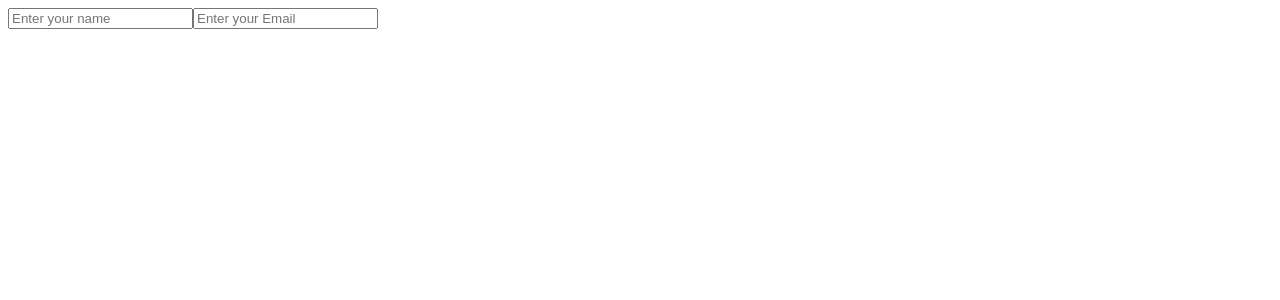
Repository: bharathabhi46/SkillSync-FrontEnd
Page: /
An editor plug-in stored every save of this project. The page is shown before and after the next save, followed by the edit.
The browser window is 1280 px wide. The pictures show the whole page.
The project was rebuilt for these pictures with package versions that can differ from the ones it lists, and the page was loaded fresh each time. Also part of the build but not shown: vite.config.js.

Above is the page before, as saved 2025-06-03 21:43:23.

### src/App.jsx
import React from "react";
import CreateUser from "./Components/CreateUser/CreateUser";

const App = () => {
  return <CreateUser />;
};

export default App;

### src/Components/CreateUser/CreateUser.jsx
import React, { useState } from "react";

const CreateUser = () => {
  //   let [user, setUser] = useState("");
  let [users, setUsers] = useState([]);
  return (
    <div>
      <form action="submit">
        <input
          type="text"
          name="name"
          id="name"
          //   value={user}
          placeholder="Enter your name"
        />
        <input
          type="email"
          name="email"
          id="email"
          placeholder="Enter your Email"
        />
      </form>
    </div>
  );
};

export default CreateUser;

Loaded but not shown: index.html (common file); src/main.jsx (common file)

After the next save:
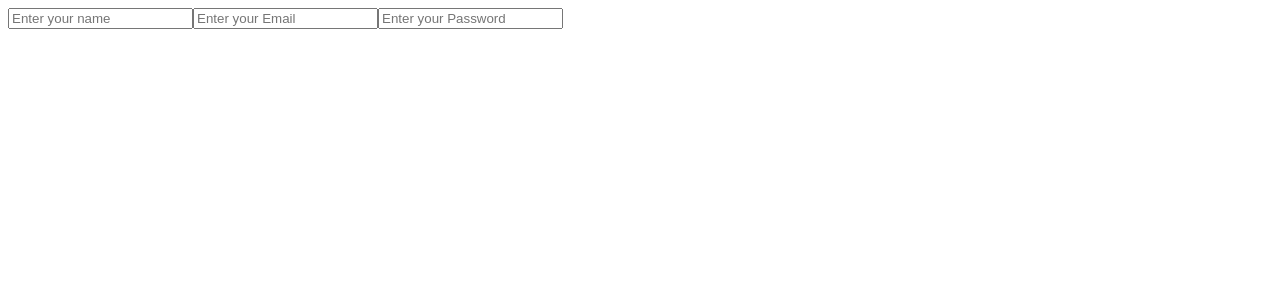
Saved 31 s later.
--- a/src/Components/CreateUser/CreateUser.jsx
+++ b/src/Components/CreateUser/CreateUser.jsx
@@ -19,6 +19,12 @@ const CreateUser = () => {
           id="email"
           placeholder="Enter your Email"
         />
+        <input
+          type="password"
+          name="password"
+          id="password"
+          placeholder="Enter your Password"
+        />
       </form>
     </div>
   );
